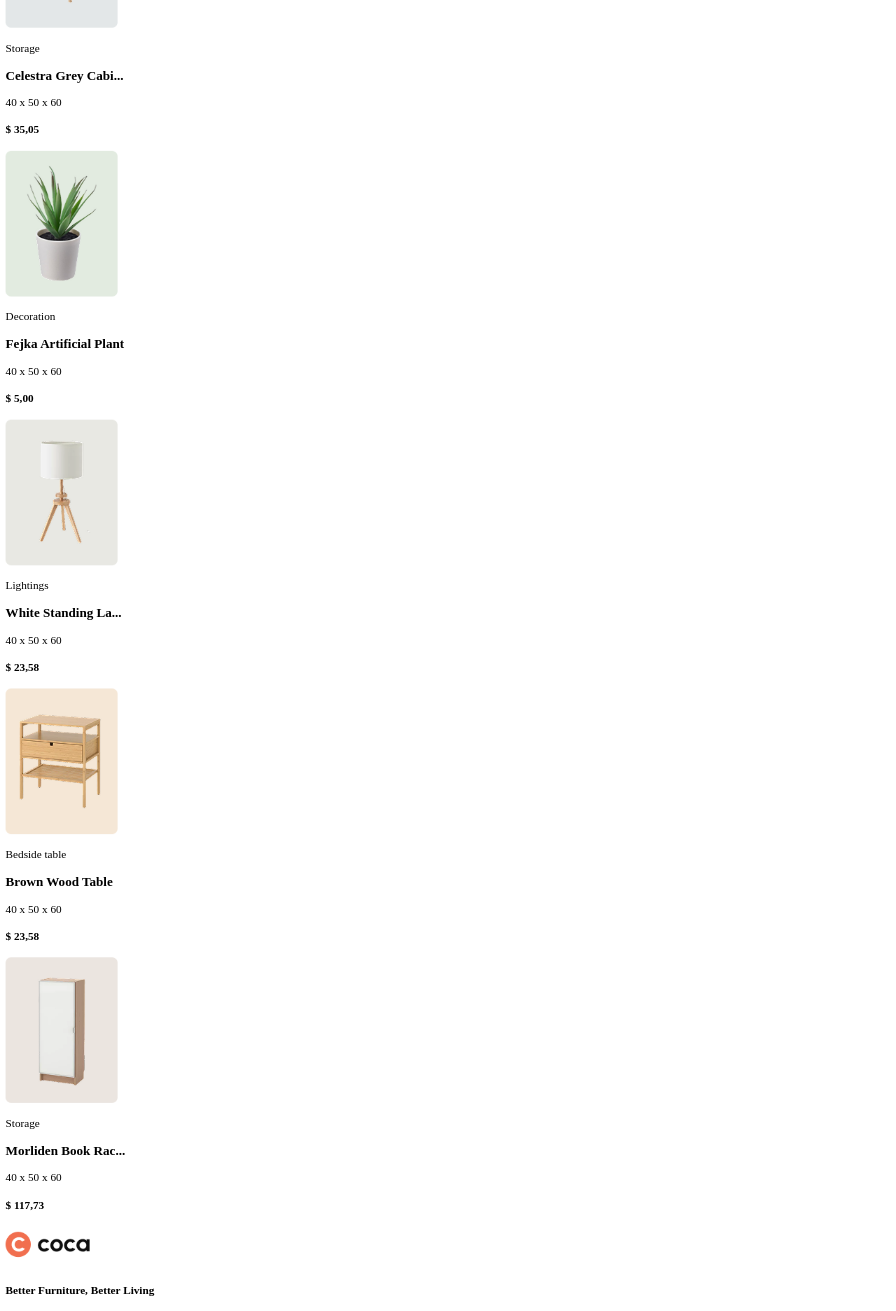
Repository: MatheusEich15/FrontEnd
Page: Prova 1 FrontEnd/Prova 1 FrontEnd/index.html
An editor plug-in stored every save of this project. The page is shown before and after the next save, followed by the edit.
The browser window is 1280 px wide. The pictures show the part of the page from y = 1782 to 3702 px (the page is 3655 px tall before and 3702 px after), at 70% of full size.

Above is the page before, as saved 2026-03-12 10:04:06.

After the next save:
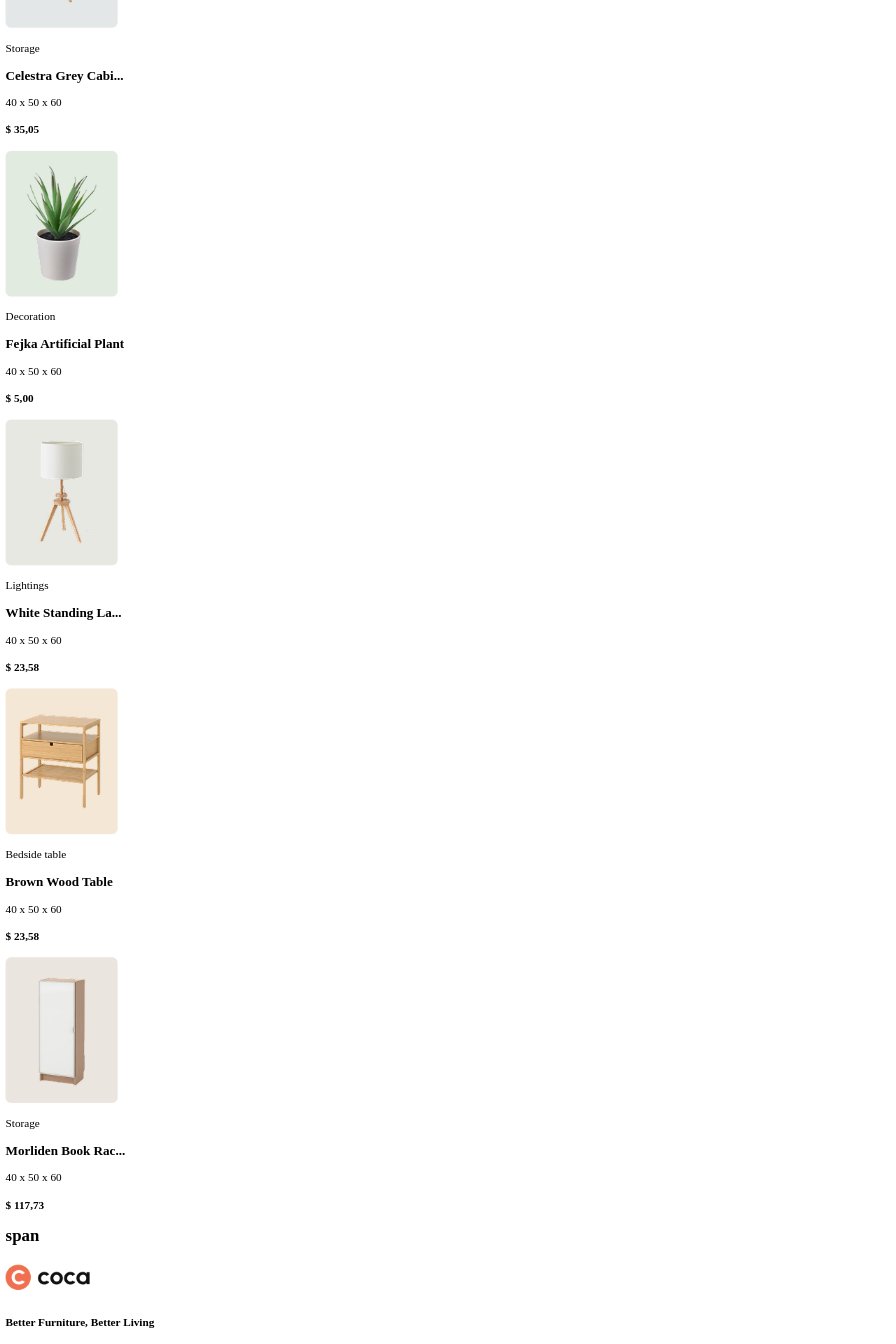
Saved 38 s later.
--- a/Prova 1 FrontEnd/Prova 1 FrontEnd/index.html
+++ b/Prova 1 FrontEnd/Prova 1 FrontEnd/index.html
@@ -145,7 +145,7 @@
 
         <section id="projects">
             <div class="title">
-                <h2></h2>
+                <h2>span</h2>
             </div>
         </section>
 

After the save that followed:
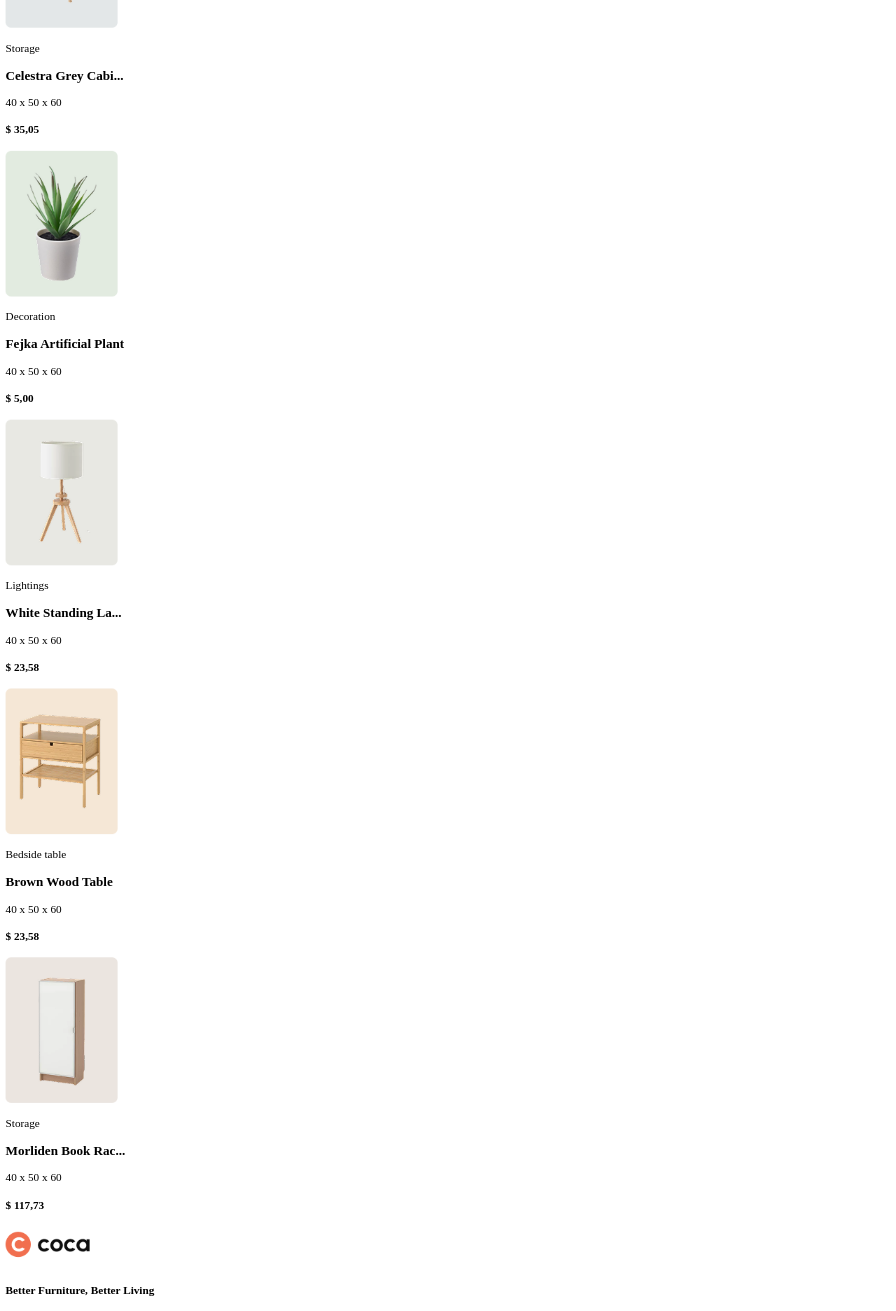
Saved 4 s later.
--- a/Prova 1 FrontEnd/Prova 1 FrontEnd/index.html
+++ b/Prova 1 FrontEnd/Prova 1 FrontEnd/index.html
@@ -145,7 +145,7 @@
 
         <section id="projects">
             <div class="title">
-                <h2>span</h2>
+                <h2><span></span></h2>
             </div>
         </section>
 
